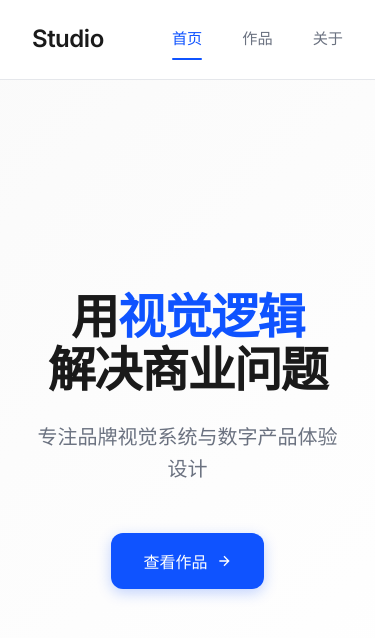
Repository: Nanzhexi/zhexi.github.io
Page: index.html
An editor plug-in stored every save of this project. The page is shown before and after the next save, followed by the edit.
The browser window is 375 px wide. The pictures show the whole page.

Above is the page before, as saved 2025-07-03 03:17:11.

After the next save:
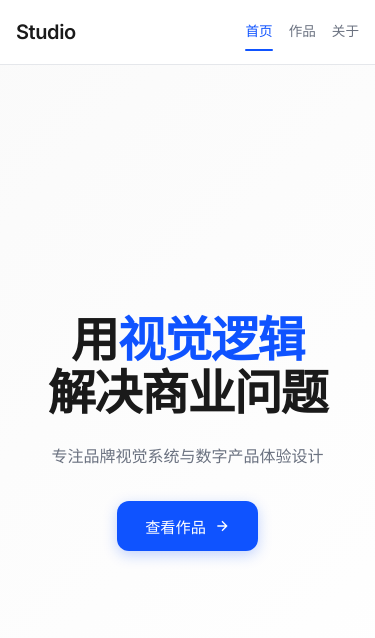
Saved 18 s later.
--- a/css/index.css
+++ b/css/index.css
@@ -167,39 +167,86 @@
     transform: translateX(4px);
 }
 
+/* Animations */
+@keyframes fadeInUp {
+    from {
+        opacity: 0;
+        transform: translateY(30px);
+    }
+    to {
+        opacity: 1;
+        transform: translateY(0);
+    }
+}
+
 /* Responsive Design */
+@media (max-width: 1024px) {
+    .navbar {
+        padding: 0 1.5rem;
+    }
+
+    .hero {
+        padding: 80px 1.5rem 0;
+    }
+}
+
 @media (max-width: 768px) {
-    header {
-        padding: 0 16px;
-    }
-
-    .head_nav ul {
-        gap: 24px;
-    }
-
-    .zuop_box h1 {
-        font-size: 36px;
-    }
-
-    .zuop_box p {
-        font-size: 14px;
-    }
-
-    .zuop_box {
-        padding: 0 16px;
+    .navbar {
+        padding: 0 1rem;
+        height: 70px;
+    }
+
+    .nav-links {
+        gap: 1.5rem;
+    }
+
+    .nav-link {
+        font-size: 0.9rem;
+    }
+
+    .hero {
+        padding: 70px 1rem 0;
+    }
+
+    .hero-subtitle {
+        font-size: 1.1rem;
+        margin-bottom: 2.5rem;
+    }
+
+    .cta-button {
+        padding: 0.875rem 1.75rem;
+        font-size: 0.95rem;
     }
 }
 
 @media (max-width: 480px) {
-    .zuop_box h1 {
-        font-size: 28px;
-    }
-
-    .head_nav ul {
-        gap: 16px;
-    }
-
-    .head_nav ul li a {
-        font-size: 13px;
-    }
-}
+    .navbar {
+        padding: 0 1rem;
+        height: 65px;
+    }
+
+    .nav-brand {
+        font-size: 1.25rem;
+    }
+
+    .nav-links {
+        gap: 1rem;
+    }
+
+    .nav-link {
+        font-size: 0.85rem;
+    }
+
+    .hero {
+        padding: 65px 1rem 0;
+    }
+
+    .hero-subtitle {
+        font-size: 1rem;
+        margin-bottom: 2rem;
+    }
+
+    .highlight::after {
+        height: 0.25em;
+    }
+}
